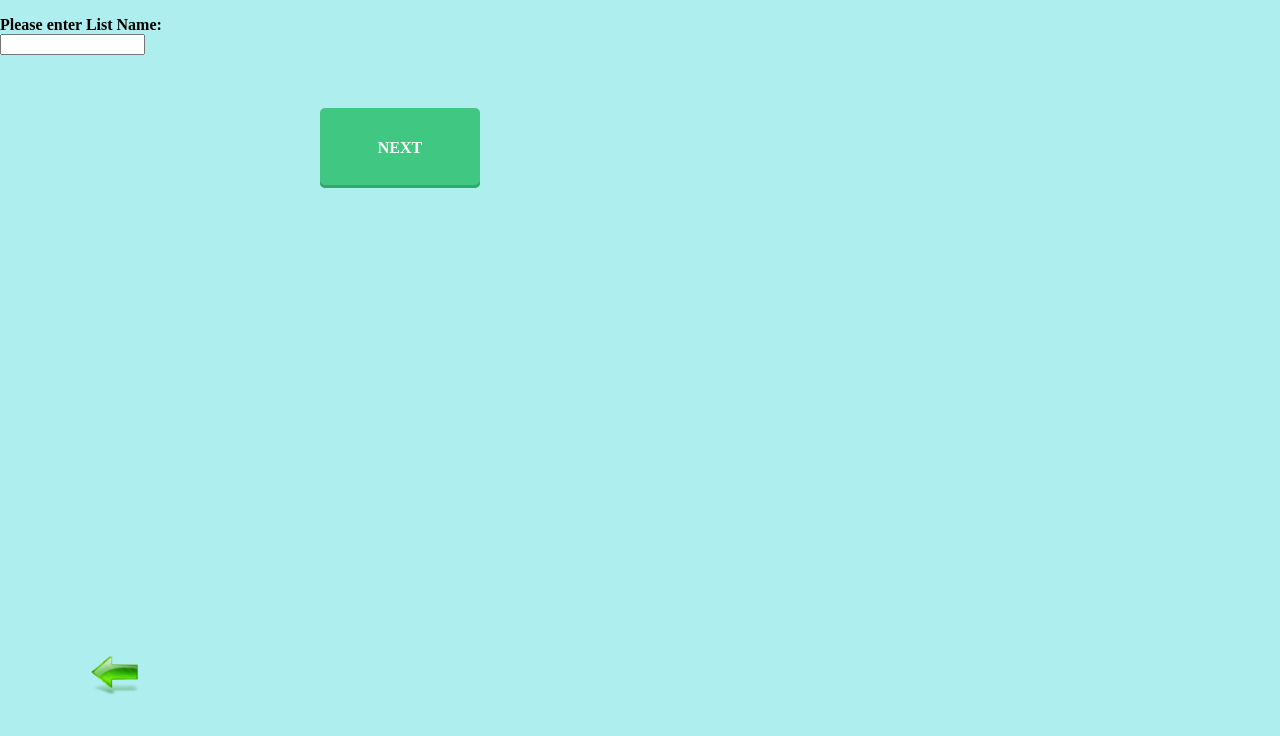
Repository: Artem-Brunov/msu_prac
Page: workspace/BasicUI/NewWithoutTr.html
The author's editor kept a copy of each file at every save. The page is drawn from the files as they stood at one save, then again after the next save.
The browser window is 1280 px wide. The pictures show the whole page.

Above is the page before, as saved 2017-12-26 19:01:20.

### workspace/BasicUI/NewWithoutTr.html
<!DOCTYPE html>
<html>
<head>
  <meta charset="utf-8" />
    <meta name="viewport" content="width=device-width, initial-scale=1.0, maximum-scale=1.0">
    <meta name="description" content="Tizen Mobile Web Basic Template" />

    <title>Tizen Mobile Web Basic Application</title>
    <link rel="stylesheet" type="text/css" href="css/NewPlaylist.css" />
    <link rel="stylesheet" type="text/css" href="css/style.css" />
</head>
<body>
	<form name="test">
  		<p><b>Please enter List Name:</b><br>
   			<input type="text" size="15">
  		</p>


 	</form>

	<div class = "Add">
		<a href = "" class = "first_button">NEXT</a>
	</div>
	<div class = "BBack">
			<a href = "NewSettings.html"><img src="images/Back.png" width="50"
  height="50" alt="One step back"></a>
	</div>
</body>
</html>

### workspace/BasicUI/css/NewPlaylist.css
.Return {
	position: absolute;
  	top: 24%;
  	left:50%;

}
.Add {
	position: absolute;
  	top: 15%;
  	left: 25%;
}
.BBack{
	position: absolute;
  	top: 90%;
  	left: 7%;
}
.Settings{
	position: absolute;
	left: 18%;
	top: 10%;
 	color: Gray;
}
.take_1{
	position: absolute;
	left: 6%;
	top: 3%;
}
.take_2{
	position: absolute;
	right: 6%;
	top: 3%;
}
.FP{
	position: absolute;
	left: 27.7%;
	top: 60%;
}
.FP_2{
	position: absolute;
	right: 27.7%;
	top: 75%;
}

### workspace/BasicUI/css/style.css
html,
body {
    width: 100%;
    height: 100%;
    margin: 0 auto;
    padding: 0;
    background: PaleTurquoise;
 }
 .titl{

 	position: absolute;
 	left: 25.5%;
 	top: 10%;
 	color: Gray;
 }
 a.first_button {

	display: block;
	width: 160px;
	height: 80px;
  	line-height: 5em;
	border-radius: 5px;
 	background: rgb(64,199,129);
	box-shadow: 0 -3px rgb(53,167,110) inset;
	font-weight: 900;
  	color: white;
  	text-align: center;
  	text-decoration: none;
  	transition: 0.2s;
}
a.first_button:hover { background: rgb(53, 167, 110); }
a.first_button:active {
  background: rgb(33,147,90);
  box-shadow: 0 3px rgb(33,147,90) inset;
}
.New {
	position: absolute;
  	top: 47%;
  	left: 27.7%;

}
.Select {
	position: absolute;
  	top: 64%;
  	left: 27.7%;

}
.FastPlay {
	position: absolute;
  	top: 30%;
  	left: 27.7%;

}

After the next save:
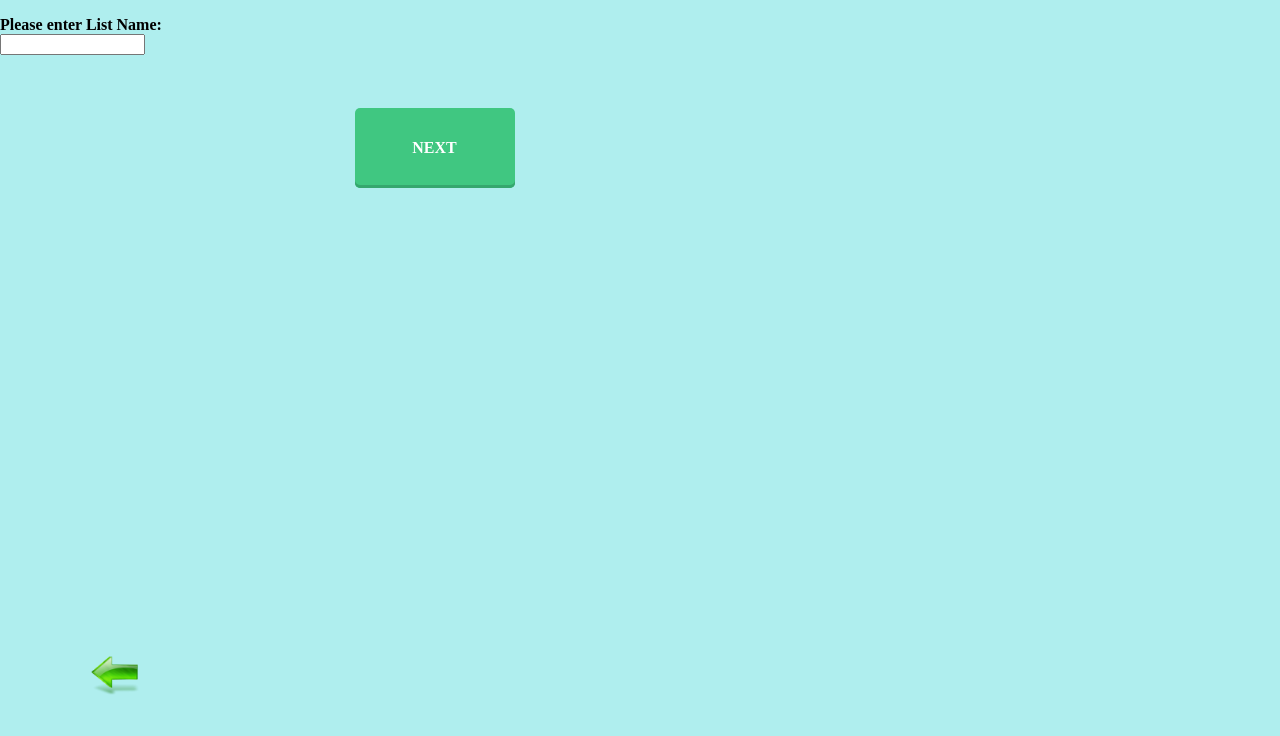
Saved 113 s later.
--- a/workspace/BasicUI/css/NewPlaylist.css
+++ b/workspace/BasicUI/css/NewPlaylist.css
@@ -7,7 +7,12 @@
 .Add {
 	position: absolute;
   	top: 15%;
-  	left: 25%;
+  	left: 27.7%;
+}
+.listn {
+	position: absolute;
+  	top: 15%;
+  	left: 27.7%;
 }
 .BBack{
 	position: absolute;
